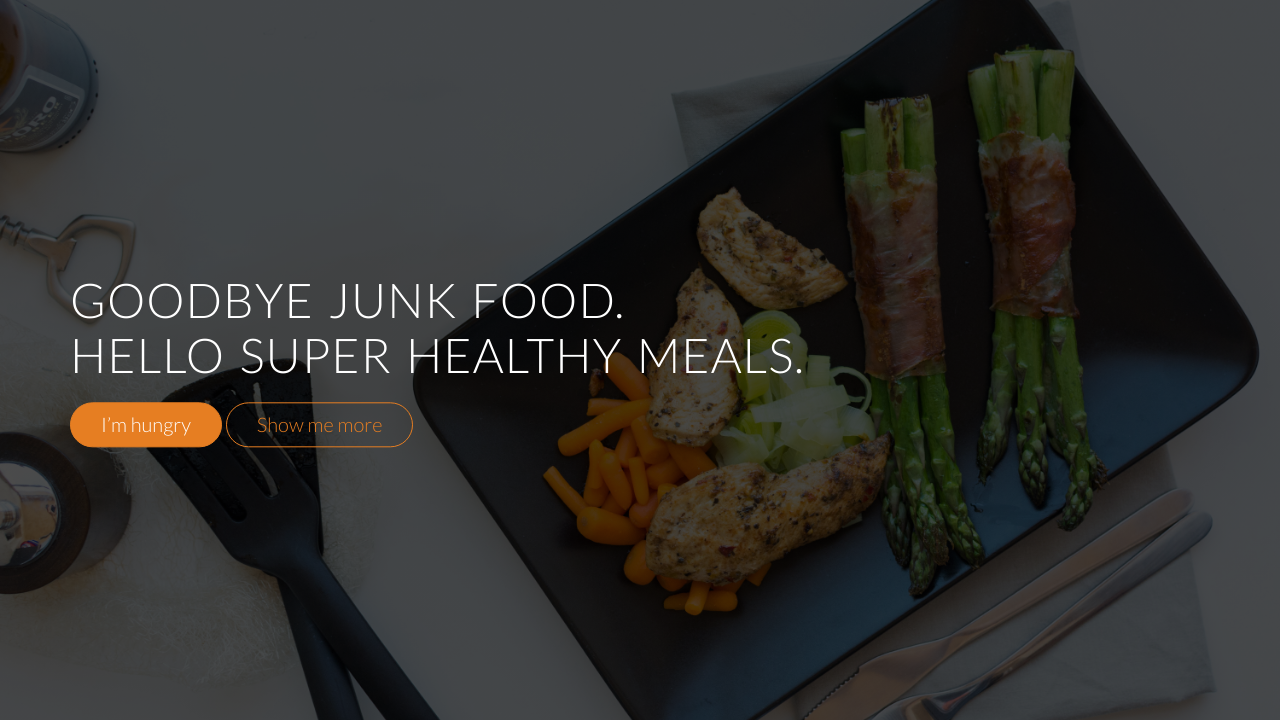
Repository: MalgorzataMazur/Omnifood
Page: index.html
The author's editor kept a copy of each file at every save. The page is drawn from the files as they stood at one save, then again after the next save.
The browser window is 1280 px wide. The pictures show the whole page.
The pointer rests on the first visible `.btn-full`.

Above is the page before, as saved 2019-10-29 21:22:06.

### index.html
<!DOCTYPE html>
<html lang="en">
    <head>
        <link rel="stylesheet" href="vendors/css/normalize.css">
        <link rel="stylesheet" href="vendors/css/grid.css">
        <link rel="stylesheet" type="text/css" href="resources/css/style.css">
        <link href="https://fonts.googleapis.com/css?family=Lato:100,300,300i,400&display=swap" rel="stylesheet" type="text/css">

        <meta charset="UTF-8">
        <meta name="viewport" content="width=device-width, initial-scale=1.0">
        <meta http-equiv="X-UA-Compatible" content="ie=edge">
        <title>Omnifood</title>
    </head>
    <body>
        <header> <!-- like container to put some conetent nav, footer, main element for the main cinetent etc-->
            <div class="hero-text-box">
                <h1>Goodbye junk food.<br>Hello super healthy meals.</h1>
                <a class="btn btn-full" href="#">I’m hungry</a>
                <a class="btn btn-ghost" href="#">Show me more</a>



            </div>
        </header>


    </body>
</html>

### resources/css/style.css
* {
    margin: 0%;
    padding: 0%;
    box-sizing: border-box;
}

html {
    background-color: #fff;
    color: #555;
    font-family: 'Lato';'Arial', sans-serif;
    font-weight: 300;
    font-size: 20px;
    text-rendering: optimizeLegibility;
}

.row {
    max-width: 1140px;
    margin: 0 auto;
}

header {
    background-image: linear-gradient(rgba(0, 0, 0, 0.705), rgba(0, 0, 0, 0.705)), url(img/hero.jpg);
    background-size: cover;
    background-position: center;
    height: 100vh;
}

.hero-text-box {
    position: absolute;
    width: 1140px;
    top: 50%;
    left: 50%;
    transform: translate(-50%,-50%); /* move header*/
}

h1 {
    margin-top: 0;
    margin-bottom: 20px;
    color: #fff;
    font-size: 240%;
    font-weight: 300;
    text-transform: uppercase;
    letter-spacing: 1px;
    word-spacing: 4px;
}
 /*visited link should look just like the normal links in their normla state */
.btn:link, /* both look the same here*/
.btn:visited {   /* how element loks in the normal state, we use pseudo clasess it means the a element in its normal state*/
    display: inline-block;
    padding: 10px 30px;
    font-weight: 300;
    text-decoration: none; /* no underline */
    border-radius: 200px;
    color: #fff;
}
/*we want the button look exactly the same when we hover it or when we click on it, so wjhen its active*/

.btn-full:link,
.btn-full:visited {
    background-color: #e67e22;
    border: 1px solid #e67e22;
    color: #fff;

}

.btn-ghost:link,
.btn-ghost:visited {
    border: 1px solid #e67e22;
    color: #e67e22;
}

.btn:hover,
.btn:active {
    background-color: #cf6d17; /* darker tone of colour */
}

.btn-full:hover,
.btn-full:active {
    background-color: #e67e22;
    border: 1px solid #e67e22;
    color: #fff;

}

.btn-ghost:hover,
.btn-ghost:active {
    border: 1px solid #e67e22;
    color: #e67e22;
}

Loaded but not shown: vendors/css/normalize.css (library); vendors/css/grid.css (library)

After the next save:
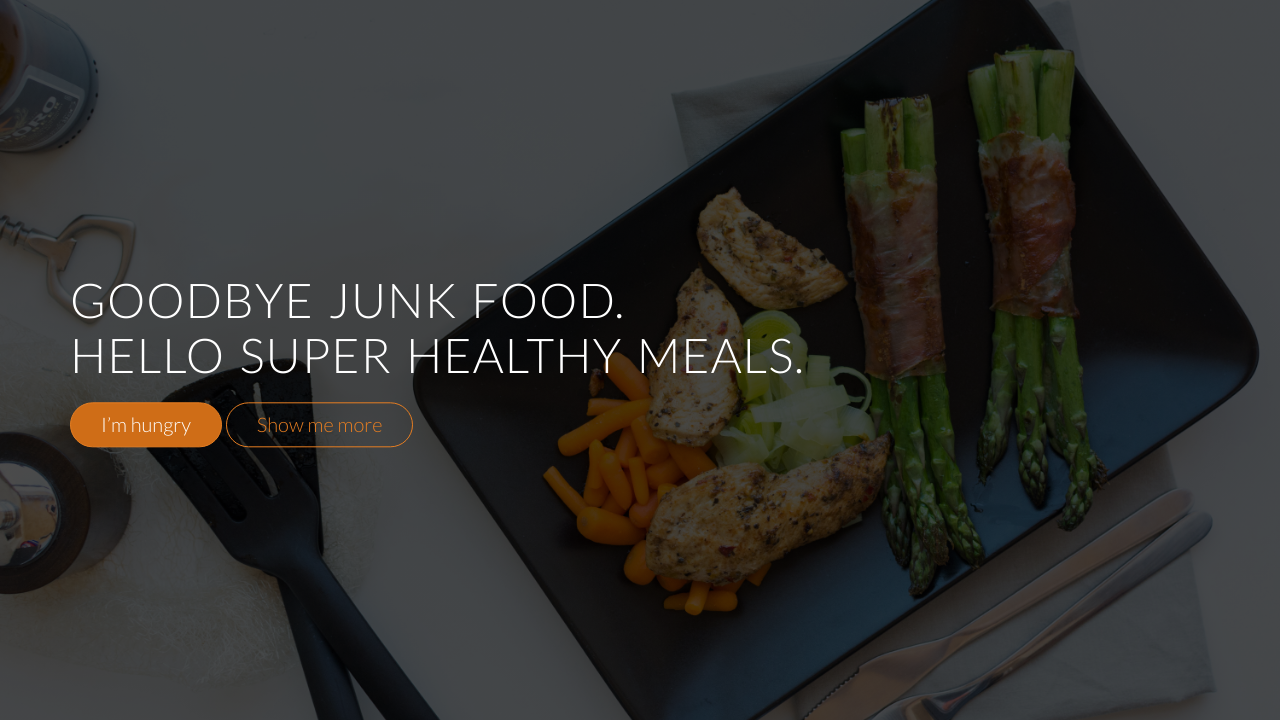
Saved 33 s later.
--- a/resources/css/style.css
+++ b/resources/css/style.css
@@ -76,10 +76,7 @@
 
 .btn-full:hover,
 .btn-full:active {
-    background-color: #e67e22;
     border: 1px solid #e67e22;
-    color: #fff;
-
 }
 
 .btn-ghost:hover,
